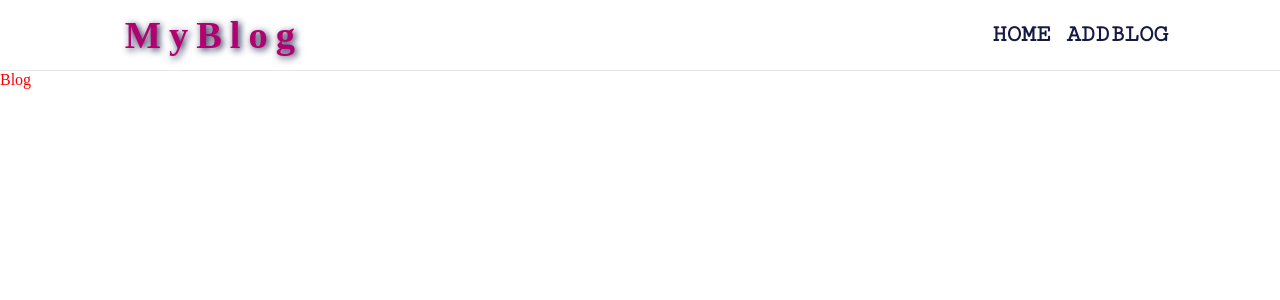
Repository: KrzysKolo/myBlog
Page: /blog
An editor plug-in stored every save of this project. The page is shown before and after the next save, followed by the edit.
The browser window is 1280 px wide. The pictures show the whole page.
Some web fonts or font styles are not loaded; a fallback is used. The project was rebuilt for these pictures with package versions that can differ from the ones it lists, and the page was loaded fresh each time. Also part of the build but not shown: src/data/useFetch.js, src/components/BlogList/BlogList.css, src/components/BlogList/BlogList.js, src/pages/Home/Home.css, src/pages/Home/Home.js, src/pages/BlogNote/BlogNote.css, src/pages/BlogNote/BlogNote.js.

Above is the page before, as saved 2021-04-27 12:11:13.

### src/App.js
import React from 'react';
import { BrowserRouter as Router, Switch, Route } from 'react-router-dom';
import { Home, Blog, BlogNote } from './pages';
import { Header } from './components';

import './App.css';

const App = () => {
  return (
    <Router>
      <main className="App">
        <Header />
        <Switch>
          <Route path="/" exact component={Home} />
          <Route path="/blog" exact component={Blog} />
          <Route path="/note/:id" exact component={BlogNote} />
        </Switch>
      </main>
    </Router>
  )
}

export default App;

### src/pages/index.js
export { default as Home } from './Home/Home';
export { default as Blog } from './Blog/Blog';
export { default as BlogNote } from './BlogNote/BlogNote';

### src/components/index.js
export { default as Header } from './Header/Header';
export { default as Navigation } from './Navigation/Navigation';

### src/App.css
@import url("https://fonts.googleapis.com/css2?family=Barrio&family=Cutive+Mono&family=Meddon&family=Princess+Sofia&family=Snowburst+One&display=swap");
* {
  box-sizing: border-box;
  margin: 0;
  padding: 0;
}
.wrapper {
  width: 90vw;
  margin: 0 auto;
  display: flex;
  flex-direction: row;
  justify-content: space-between;
  align-items: center;
}

### src/pages/Blog/Blog.js
import React, { useEffect, useState } from 'react';
//import { postsFetch } from './../../data/postsFetch';

import './Blog.css';

const Blog = () => {
  return (
    <main className="Blog">
      Blog
    </main>
  )
}

export default Blog;

### src/components/Header/Header.js
import React from 'react';
import Navigation from '../Navigation/Navigation';
import './Header.css';

const Header = () => {
    return (
        <header >
          <section className="wrapper" >
            <Navigation />
          </section>
        </header>
    )
}

export default Header;

### src/components/Navigation/Navigation.js
import React from 'react';
import { Link } from 'react-router-dom';
import dataMenu from './dataMenu';

import './Navigation.css';

const Navigation = () => {
    const menu = dataMenu.map(item => <Link key={item.path} to={item.path} exact={item.exact ? item.exact : false} className="link">{item.name}</Link>)
    return (
        <nav>
        	<h1>MyBlog</h1>
          <ul>
            {menu}
          </ul>
        </nav>
    )
}

export default Navigation;

### src/pages/Blog/Blog.css
.Blog {
  color: red;
}

### src/components/Header/Header.css
header {
  border-bottom: 1px solid #e5e5e5;
}

### src/components/Navigation/dataMenu.js
const dataMenu=[
    { name: 'Home', path: "/", exact: true },
    { name: 'AddBlog', path: "/blog"},
/*     { name: 'NoteBlog', path: "/contact"},
    { name: 'Posts', path: "/posts" }, */
];
export default dataMenu;

### src/components/Navigation/Navigation.css
/* font-family: 'Barrio', cursive;
font-family: 'Cutive Mono', monospace;
font-family: 'Meddon', cursive;
font-family: 'Princess Sofia', cursive;
font-family: 'Snowburst One', cursive; */

nav {
  display: flex;
  flex-direction: row;
  justify-content: space-between;
  align-items: center;
  width: 100%;
}

nav h1 {
  color: #b30070;
  font-family: "Princess Sofia", cursive;
  font-size: 2.4rem;
  letter-spacing: 8px;
  margin-left: 3rem;
  padding: 0.8rem;
  text-shadow: 2px 2px 7px #151a44;
}

nav ul {
  font-family: "Cutive Mono", monospace;
  font-size: 1.5rem;
  text-transform: uppercase;
  margin-right: 3rem;
}
.link {
  font-weight: 600;
  margin-left: 1rem;
  text-decoration: none;
  color: #151a44;
  transition: all 0.3s ease-in-out;
}
.link:hover {
  color: #b30070;
}

Loaded but not shown: public/index.html (common file); src/index.js (common file)

After the next save:
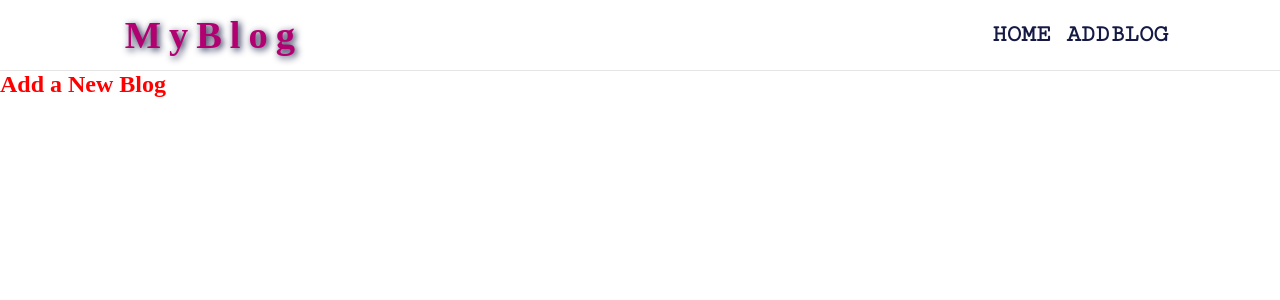
Saved 22 s later.
--- a/src/pages/Blog/Blog.js
+++ b/src/pages/Blog/Blog.js
@@ -6,7 +6,7 @@ import './Blog.css';
 const Blog = () => {
   return (
     <main className="Blog">
-      Blog
+      <h2>Add a New Blog</h2>
     </main>
   )
 }
